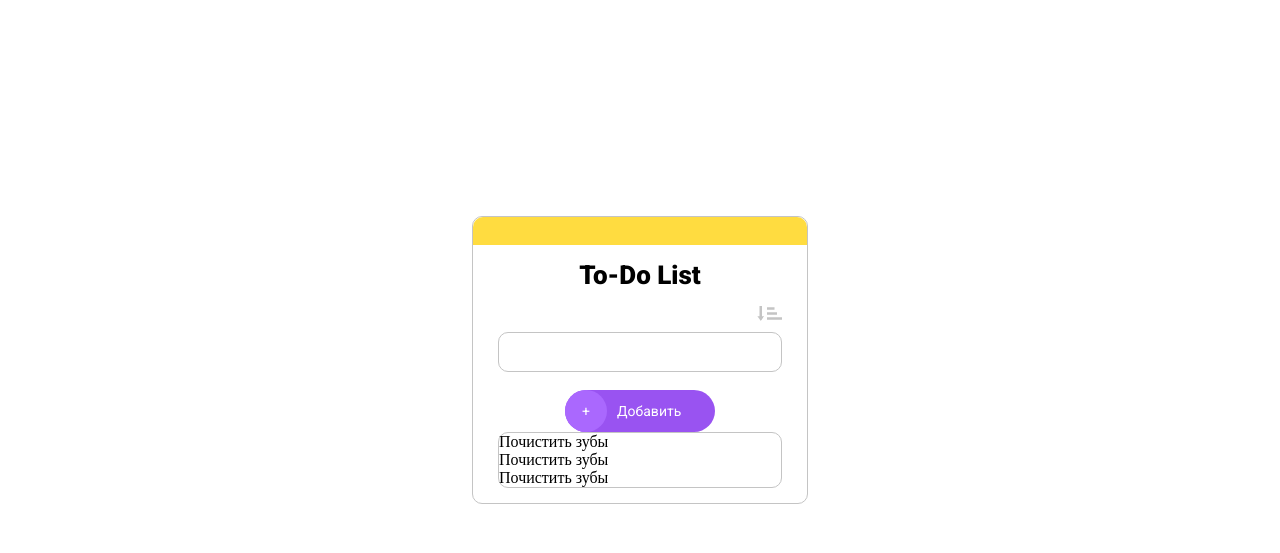
Repository: PoladEziz/Task-15
Page: index.html
The author's editor kept a copy of each file at every save. The page is drawn from the files as they stood at one save, then again after a run of saves.
The browser window is 1280 px wide. The pictures show the whole page.
The style sheet was rebuilt from its Sass, Less or Tailwind sources for each picture, by a compiler version that may differ from the author's.

Above is the page before, as saved 2023-08-10 15:48:49.

### index.html
<!DOCTYPE html>
<html lang="en">
<head>
    <meta charset="UTF-8">
    <meta name="viewport" content="width=device-width, initial-scale=1.0">
    <title>Document</title>
    <link rel="stylesheet" href="./index.css">
</head>
<body>
    <div class="main">
        <div class="box">
            <div class="box-top"></div>
            <div class="box-bottom">
                <h1>To-Do List</h1>
                <form action="">
                    <img src="./img/Group 38 (1).png" alt="">
                    <input type="text">
                    <button><div>+</div><p>Добавить</p></button>

                </form>
                <ul>
                    <li>
                        <p>Почистить зубы</p>
                    </li>
                    <li>
                        <p>Почистить зубы</p>
                    </li>
                    <li>
                        <p>Почистить зубы</p>
                    </li>
                </ul>

            </div>
        </div>
    </div>

</body>
<script src="./index.js"></script>
</html>

### index.scss
@import url("https://fonts.googleapis.com/css2?family=Roboto:wght@400;900&display=swap");
* {
  margin: 0;
  padding: 0;
  box-sizing: border-box;
}
.main {
  width: 100%;
  height: 100vh;
  display: flex;
  align-items: center;
  justify-content: center;
  .box {
    width: 336px;
    /* min-height: 236px; */
    border-radius: 10px;
    border: 1px solid #c4c4c4;
    background: rgba(196, 196, 196, 0);
    .box-top {
      width: 100%;
      height: 28px;
      background-color: #ffdc40;
      border-top-left-radius: 10px;
      border-top-right-radius: 10px;
    }
    .box-bottom {
      width: 100%;
      padding: 15px 25px;

      h1 {
        margin-bottom: 16px;
        color: #000;
        text-align: center;
        font-family: Roboto;
        font-size: 26px;
        font-style: normal;
        font-weight: 900;
        line-height: normal;
        text-transform: capitalize;
      }
      form {
        display: flex;
        flex-direction: column;
        align-items: center;
        img {
          width: 25px;
          height: 15px;
          margin-left: auto;
          margin-bottom: 11px;
        }
        input {
          width: 100%;
          height: 40px;
          margin-bottom: 18px;
          border-radius: 10px;
          border: 1px solid #c4c4c4;
          background: rgba(196, 196, 196, 0);
          color: #000;
          font-family: Roboto;
          font-size: 14px;
          font-style: normal;
          font-weight: 400;
          line-height: normal;
        }
        button {
          width: 150px;
          height: 42px;
          background-color: #9953f1;
          border: none;
          border-radius: 71px;
          display: flex;
          align-items: center;
          p {
            margin-left: 10px;
            color: #ffff;
            text-align: center;
            font-family: Roboto;
            font-size: 14px;
            font-style: normal;
            font-weight: 400;
            line-height: normal;
          }
          div {
            width: 42px;
            height: 42px;
            border-radius: 50%;
            display: flex;
            align-items: center;
            justify-content: center;
            color: #fff;
            text-align: center;
            font-family: Roboto;
            font-size: 14px;
            font-style: normal;
            font-weight: 400;
            line-height: normal;
            background-color: #aa68fe;
          }
        }
      }
      ul {
        border-radius: 10px;
        border: 1px solid #c4c4c4;
        background: rgba(196, 196, 196, 0);
        li {
          list-style-type: none;
        }
      }
    }
  }
}

Loaded but not shown: index.js (no stored copy; drawn as an empty file)

After the next 2 saves:
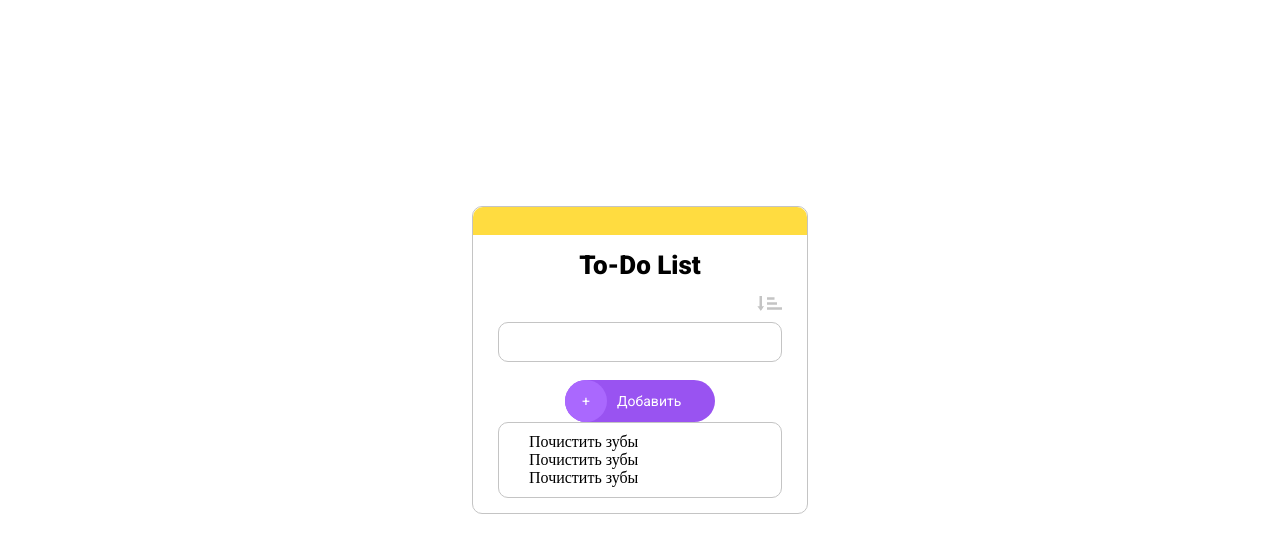
The 2 saves are shown as one change because 1 did not build or start.
The last was saved 34 s later.
--- a/index.scss
+++ b/index.scss
@@ -99,6 +99,7 @@
         }
       }
       ul {
+        padding: 10px 30px ;
         border-radius: 10px;
         border: 1px solid #c4c4c4;
         background: rgba(196, 196, 196, 0);
